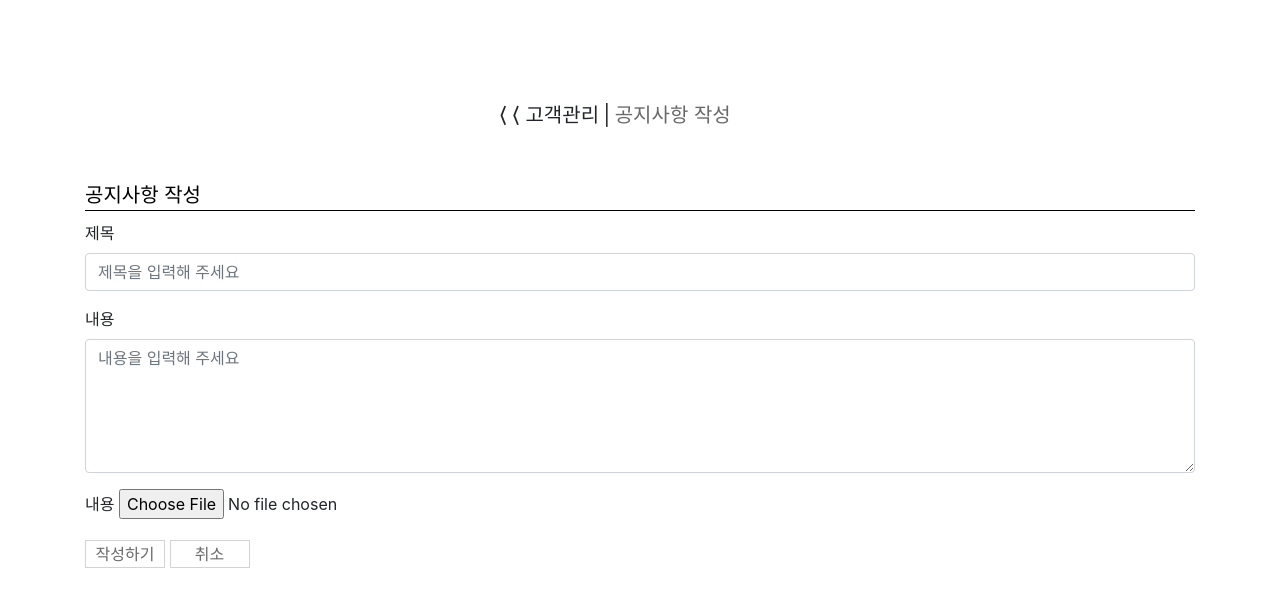
Repository: mcw9503/PassionForFashion
Page: Semi_Project/src/main/webapp/WEB-INF/createBoard.html
The author's editor kept a copy of each file at every save. The page is drawn from the files as they stood at one save, then again after the next save.
The browser window is 1280 px wide. The pictures show the whole page.
Some web libraries are served in a nearby version.

Above is the page before, as saved 2023-05-07 11:35:50.

### Semi_Project/src/main/webapp/WEB-INF/createBoard.html
<!DOCTYPE html>
<html>
<head>
<meta charset="UTF-8">
<title>Insert title here</title>
<link href="https://fonts.googleapis.com/earlyaccess/notosanskr.css"
	rel="stylesheet">
<link rel="stylesheet" href="https://stackpath.bootstrapcdn.com/bootstrap/4.2.1/css/bootstrap.min.css"
	  integrity="sha384-GJzZqFGwb1QTTN6wy59ffF1BuGJpLSa9DkKMp0DgiMDm4iYMj70gZWKYbI706tWS"
	  crossorigin="anonymous">
</head>


<style>

body {

  padding-top: 70px;
  padding-bottom: 30px;

}

.button {
	color: dimgray;
	background:white;
	border: 1px solid lightgray;
	margin-bottom: 10px;
	width: 80px;

}

.button:hover{
	color: white;
	background:black;
	border: 0.5px solid black;
}

.button:active{
	color: white;
	background:black;
	border: 0.5px solid black;
}
</style>


<body>

	<article>

		<div style="display:inline-block; margin-left: 500px; margin-bottom: 50px; margin-top: 30px; font-size: 20px;">&lang; &lang; 고객관리 </div>

			<span style="font-size: 20px;">|</span>

	 <span style="color:dimgray;font-size: 20px;">  공지사항 작성</span>

		<div class="container" role="main">

			<div style="font-weight: 200; border-bottom: 1px solid black; color: black; margin-bottom: 10px; font-size: 20px;">공지사항 작성</div>

			<form name="form" id="form" role="form" method="post" action="${pageContext.request.contextPath}/board/saveBoard">

				<div class="mb-3">

					<label for="title">제목</label>

					<input type="text" class="form-control" name="title" id="title" placeholder="제목을 입력해 주세요">

				</div>

				<div class="mb-3">

					<label for="content">내용</label>

					<textarea class="form-control" rows="5" name="content" id="content" placeholder="내용을 입력해 주세요" ></textarea>

				</div>

				<div class="mb-3">

					<label for="content">내용</label>

					<input type="file">

				</div>

			</form>

			<div >

				<button type="button" class="button" id="Save">작성하기</button>

				<button type="button" class="button" id="btnList">취소</button>

			</div>

		</div>

	</article>

</body>

</html>

After the next save:
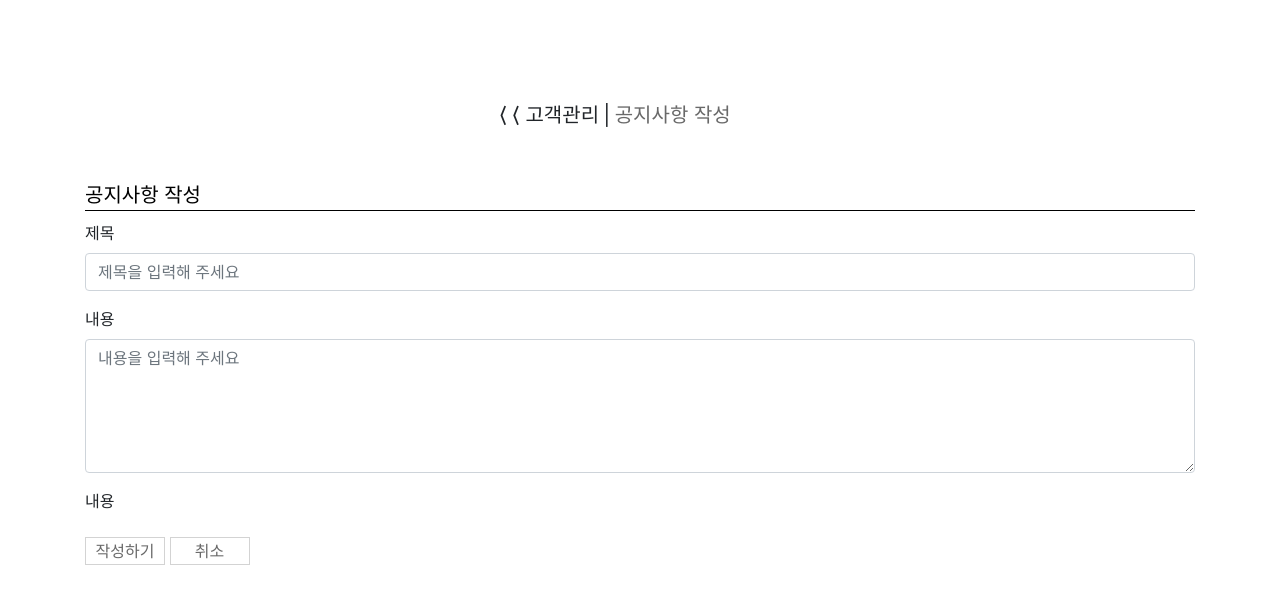
Saved 2 min 37 s later.
--- a/Semi_Project/src/main/webapp/WEB-INF/createBoard.html
+++ b/Semi_Project/src/main/webapp/WEB-INF/createBoard.html
@@ -79,7 +79,7 @@ body {
 
 					<label for="content">내용</label>
 
-					<input type="file">
+					<input type="file" name="Filedata[]" id="Filedata" class="input_file w100" onchange="uploadImage();" style="display: none !important;">
 
 				</div>
 
